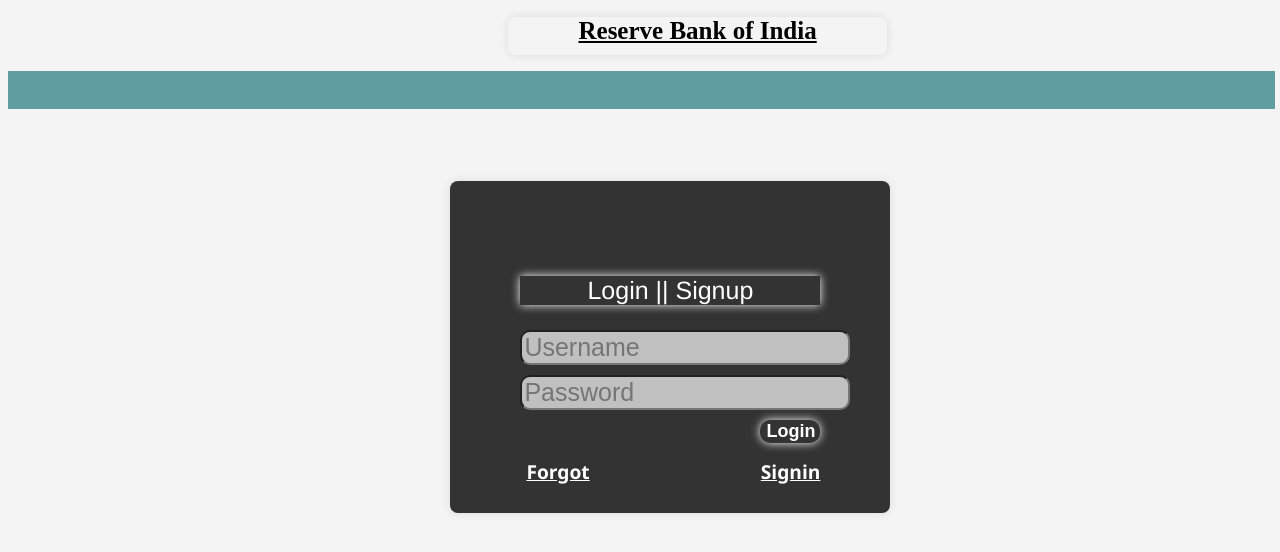
Repository: AbhishekSinghChouhan45/JSP-Projects
Page: http://localhost/BankProject/
The author's editor kept a copy of each file at every save. The page is drawn from the files as they stood at one save, then again after the next save.
The browser window is 1280 px wide. The pictures show the whole page.
The page is served by Tomcat 10.

Above is the page before, as saved 2023-12-09 06:08:07.

After the next save:
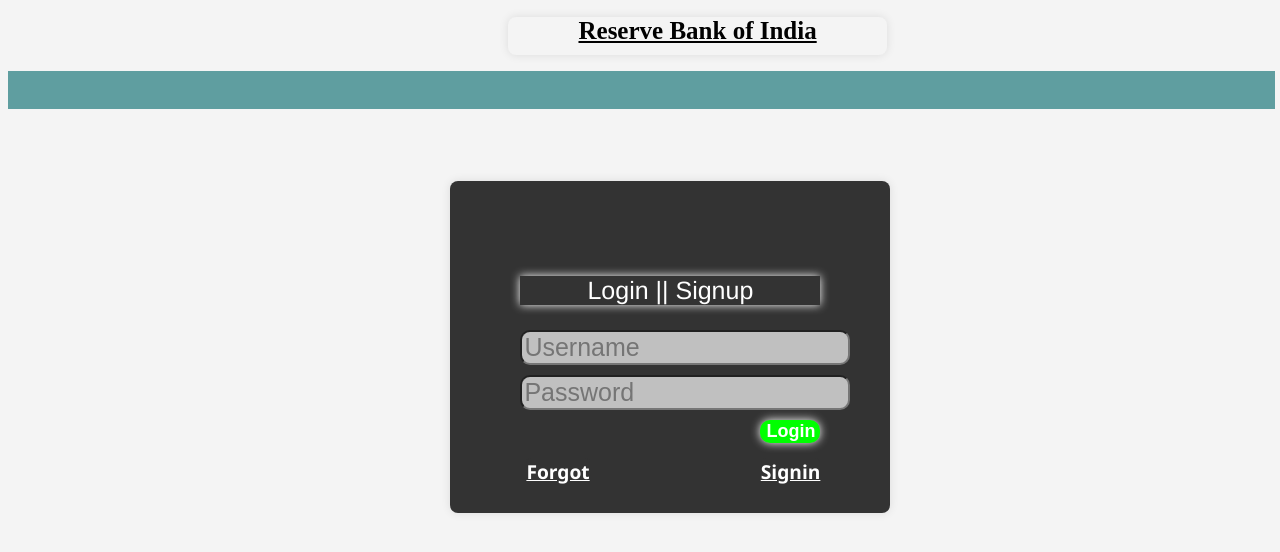
Saved 25 s later.
--- a/BankProject/src/main/webapp/style.css
+++ b/BankProject/src/main/webapp/style.css
@@ -56,7 +56,7 @@
 	font-weight: 600;
 	border-radius: 10px;
 	margin-left: 80%;
-	background-color: #333;
+	background-color: rgb(0, 255, 0);
 	border-style: hidden;
 	box-shadow:  0 0 10px rgb(255, 255, 255);
 	width: 60px;
